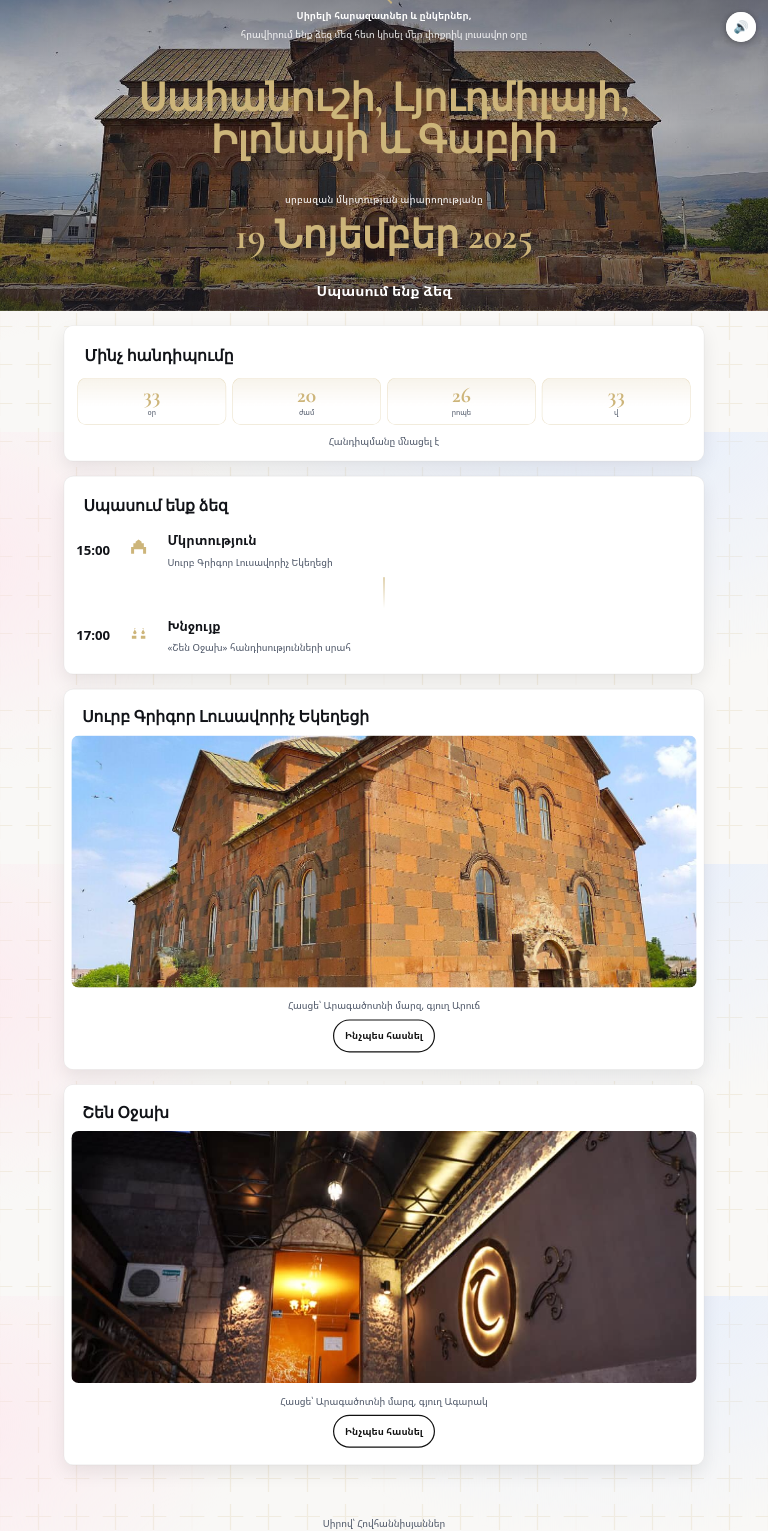
Repository: vardgeshakobyann/hraviratoms
Page: index.html
These files come from the project's save history. The page is drawn as it stood at one moment and after the next save; the edit follows.
The browser window is 1280 px wide. The pictures show the whole page, at 60% of full size.
Backgrounds fixed to the window are drawn as part of the page.

Above is the page before, as saved 2025-10-18 09:46:27.

After the next save:
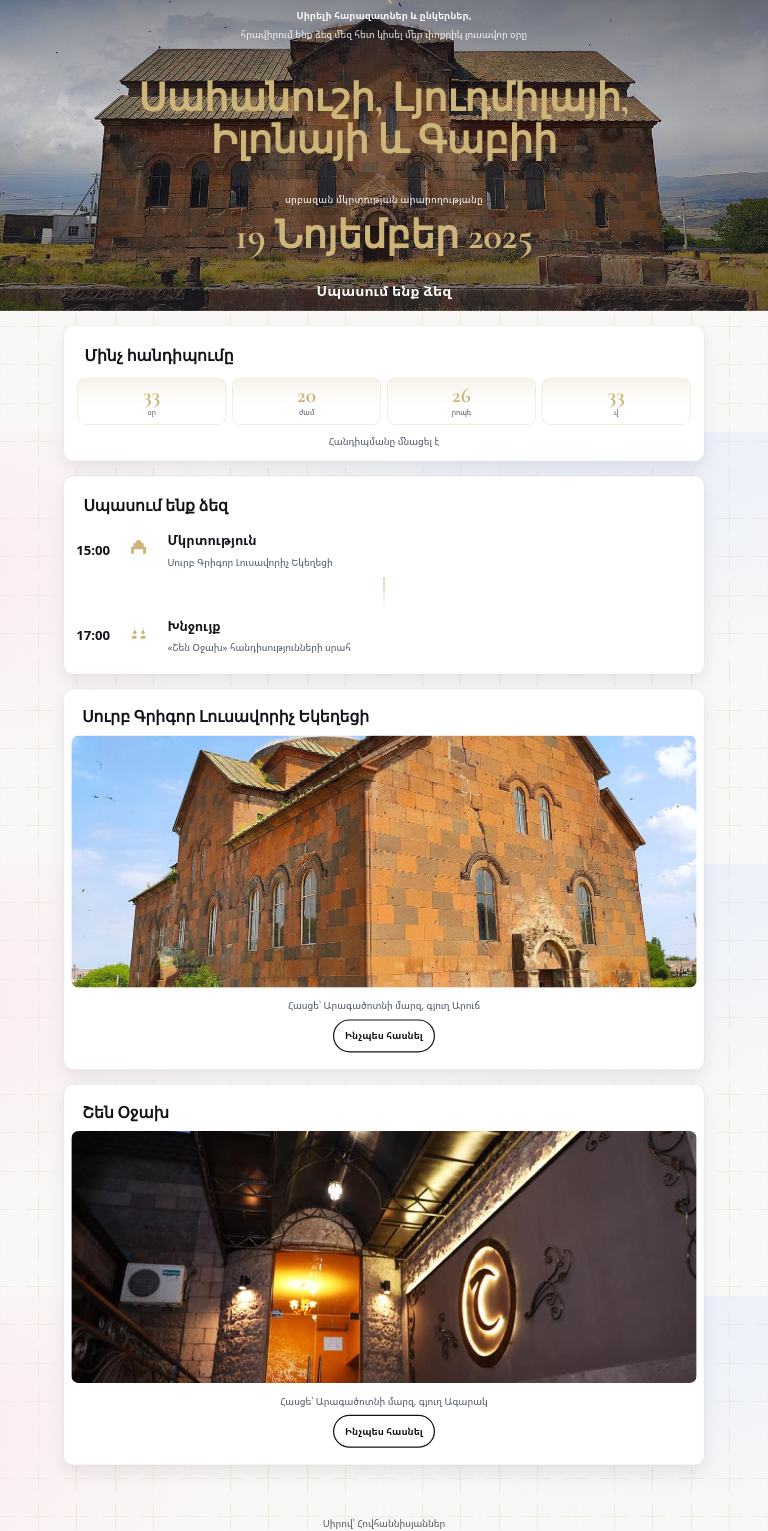
Saved 14 s later.
--- a/script.js
+++ b/script.js
@@ -9,28 +9,6 @@ function initBackgroundMusic() {
   backgroundMusic.loop = true;
   backgroundMusic.volume = 0.3; // 30% volume
   backgroundMusic.preload = 'auto';
-
-  // Create music control button
-  const musicButton = document.createElement('button');
-  musicButton.id = 'musicToggle';
-  musicButton.innerHTML = '🔊';
-  musicButton.style.cssText = `
-    position: fixed;
-    top: 20px;
-    right: 20px;
-    z-index: 1000;
-    background: rgba(255, 255, 255, 0.9);
-    border: none;
-    border-radius: 50%;
-    width: 50px;
-    height: 50px;
-    font-size: 20px;
-    cursor: pointer;
-    box-shadow: 0 2px 10px rgba(0,0,0,0.2);
-    transition: all 0.3s ease;
-  `;
-
-  document.body.appendChild(musicButton);
 
   // Try to start music automatically
   const startMusic = async () => {
